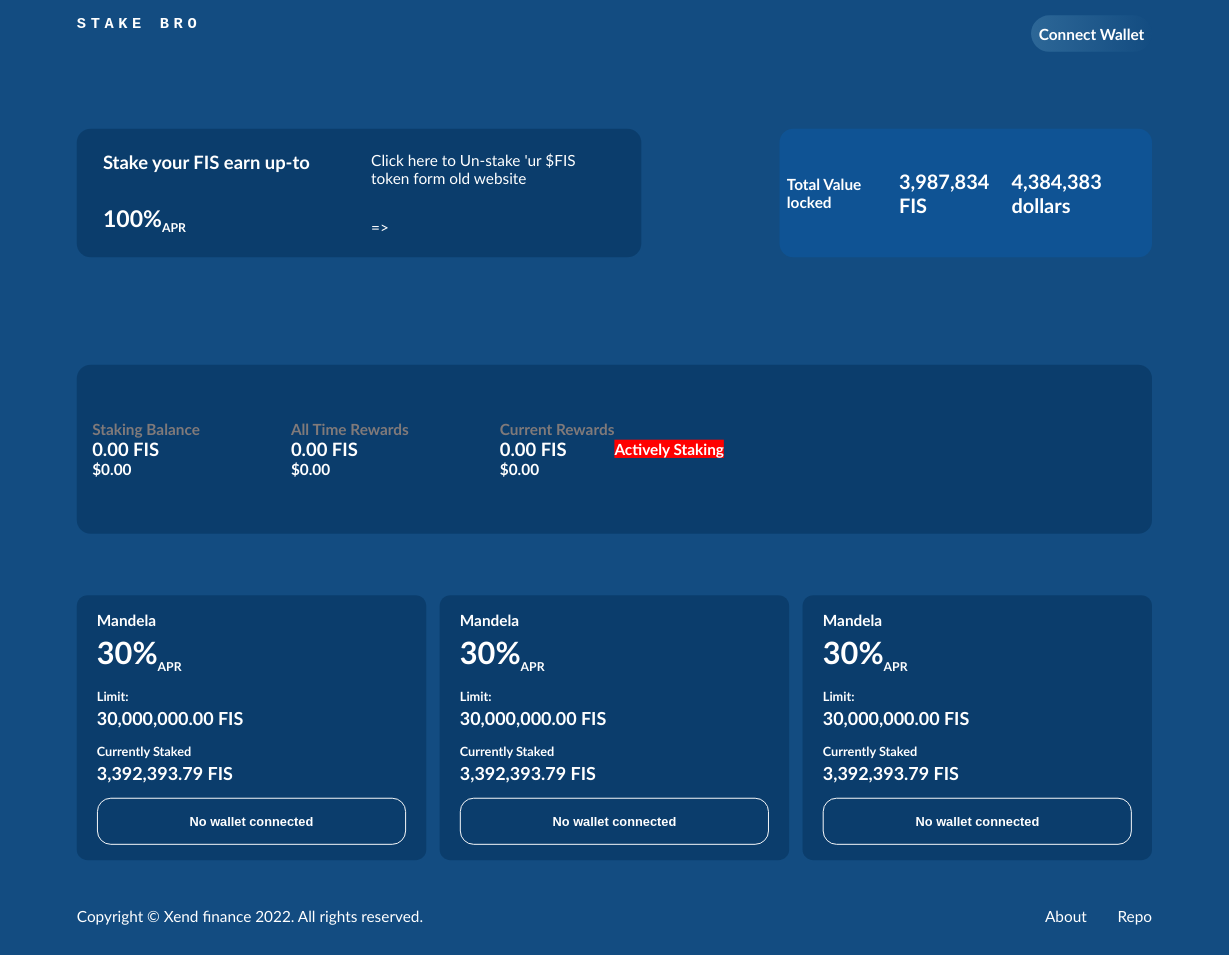
Repository: NorVirae/Stake
Page: /
These files come from the project's save history. The page is drawn as it stood at one moment and after the next save; the edit follows.
The browser window is 1280 px wide. The pictures show the whole page, at 96% of full size.
The project was rebuilt for these pictures with package versions that can differ from the ones it lists, and the page was loaded fresh each time.

Above is the page before, as saved 2022-04-18 02:38:21.

### src/App.tsx
import React, { useState } from 'react';
import AprCard from './components/cards/apr-card';
import './styles/app.css'

function App() {
  const [isWalletConnected, setIsWalletConnected] = useState(false)

  return (
    <div className="stake-container">
      <header>
        <nav>
            <a href='logo' className='logo'>Stake Bro</a>
            <ul>
              <li className='connect-wallet-btn'>Connect Wallet</li>
            </ul>
        </nav>
      </header>



      <main>
        <section className='info-global'>
          <div className='info-main'>
            <div className='inner-container-left'>
              <h1 className='earn-text'> Stake your FIS earn up-to</h1>
              <h1>100%<sub className='sub'>APR</sub></h1>

            </div>

            <div className='inner-container-right'>
              <p>Click here to Un-stake 'ur $FIS token form old website</p>
              <span>{"=>"}</span>
            </div>
          </div>

          <div className='public-stake-info'>
            <h3 className='total-locked'>Total Value locked</h3>
            <h1 className='total-locked-token'>3,987,834 FIS</h1>
            <h2 className='total-locked-dollars'>4,384,383 dollars</h2>

          </div>

        </section>

        <section className='connection-info'>
          {
          isWalletConnected?
          <>
            <div className='connection-info-text'>No Wallet connected</div>
            <div> Connect wallet to see your balance</div>
          </>
          :
          <>
          <div className='user-stake-info-container'>
            <div className='user-stake-info'>
              <h2 className='staking-balance'>Staking Balance</h2>
              <h1 className='token-balance-fis'>0.00 FIS</h1>
              <h2 className='token-balance-dollars'>$0.00</h2>
            </div>

            <div className='user-stake-info'>
              <h2 className='staking-balance'>All Time Rewards</h2>
              <h1 className='token-balance-fis'>0.00 FIS</h1>
              <h2 className='token-balance-dollars'>$0.00</h2>
            </div>

            <div className='user-stake-info'>
              <h2 className='staking-balance'>Current Rewards</h2>
              <h1 className='token-balance-fis'>0.00 FIS</h1>
              <h2 className='token-balance-dollars'>$0.00</h2>
            </div>

          </div>

          <div className='info-redirect'>
            <h1>Actively Staking </h1>
          </div>

          </>
          }
        </section>

        <section className='reward'>
          <AprCard/>
          <AprCard/>
          <AprCard/>
        </section>

      </main>

      <footer>
        <div className='copyright-info'>
          Copyright &copy; Xend finance 2022. All rights reserved.
        </div>
        <ul>
          <li>About</li>
          <li>Repo</li>

        </ul>
      </footer>

    </div>
  );
}

export default App;

### src/components/cards/apr-card.tsx
import React from "react";


const AprCard:React.FC = ()=>{
    return <div className='apr-card'>
                <div className='mandela-container'>
                    <h4 className="mandela">Mandela</h4>
                    <h1 className="apr-announce">30%<sub className="sub">APR</sub></h1>
                </div>


                <div className='limit-container'>
                    <h5>Limit:</h5>
                    <h3>30,000,000.00 FIS</h3>
                </div>

                <div className='current-container'>
                    <h5>Currently Staked</h5>
                    <h3>3,392,393.79 FIS</h3>
                </div>

                <button className="stake-button">No wallet connected</button>
        </div>
}

export default AprCard;

### src/styles/app.css
*{
    padding: 0;
    margin: 0;

}

::-webkit-scrollbar{
    background-color: #134C81;
    width: .4rem;
}

::-webkit-scrollbar-thumb{
    background-color: #0c5ba5;
}

img {
    width: 100%;
}

li {
    list-style-type: none;
}

body{
    background-color: #134C81;
    color: #ffff;
    font-family:'Trebuchet MS', 'Lucida Sans Unicode', 'Lucida Grande', 'Lucida Sans', Arial, sans-serif;
}
.stake-container {
    max-width: 70rem;
    margin:auto;
    display: flex;
    flex-direction: column;
    gap: 1rem;
}


nav {
    display:  flex;
    justify-content: space-between;
    padding: 1rem 0;
    position: sticky;
    top:0;
}

main {
    display: flex;
    flex-direction: column;
    gap:4rem;
}
.logo {
    text-decoration: none;
    font-family: 'Courier New', Courier, monospace;
    font-weight: 900;
    color: #ffff;
    letter-spacing: .3rem;
    text-transform: uppercase;
}

.connect-wallet-btn{
    padding: .6rem .5rem;
    background-image: linear-gradient(to right, #2d6797, #134C81  );
    font-weight: bold;
    border-radius: 3rem;
    transition: background-image .5s ease-in-out;
}

.connect-wallet-btn:hover{
    background-image: linear-gradient(to right, #134C81, #2d6797 );
    cursor: pointer;
    color: rgb(225, 225, 235);

}

.info-global{
    display: flex;
    justify-content: space-between;
    padding: 3rem 0;
    gap: 9rem;
}

.info-main{
    display: flex;
    background-color: #05315a88;
    border-radius: .9rem;
    padding: .5rem .9rem;

}

.inner-container-left, .inner-container-right{

    width: 100%;
    padding: .9rem .8rem;
    border-radius: .9rem;
    display: flex;
    flex-direction: column;
    gap:2rem
}



.earn-text {
    font-size: 1.2rem;
}

.sub{
    font-size: .8rem;
}

.public-stake-info {
    display: flex;
    justify-content: center;
    align-items: center;
    border-radius: .9rem;
    padding: .5rem;
    gap: .4rem;

    background-color: #0c5ba588;

}


.total-locked{
    font-size: 1rem;

}

.total-locked-token{
    font-size: 1.3rem;
}

.total-locked-dollars {
    font-size: 1.3rem;
}


.connection-info{
    display: flex;
    background-color: #05315a88;
    border-radius: .9rem;
    justify-content: center;
    align-items: center;
    height: 20vh;
    padding: 1rem 1rem;

}

.connection-info-text {
    font-size: 1.2rem;
    text-transform: uppercase;
}

.user-stake-info-container{
    display: flex;
    justify-content: space-between;
    width: 100%;
}

.staking-balance{
    font-size: 1rem;
    color: rgb(128, 122, 122);
}

.token-balance-fis{
    font-size: 1.2rem;
}

.token-balance-dollars{
    font-size: 1rem;
}

.info-redirect{
    width: 100%;
    height: 100%;
    display: flex;
    justify-content: flex-start;
    align-items: center;
}

.info-redirect h1 {
    background-color: red;
    font-size: 1rem;
}
.reward{
    display: flex;
    justify-content: space-between;
    gap: .9rem;
}

.apr-card{
    background-color: #05315a88;
    padding: 1rem 1.3rem;
    border-radius: .7rem;
    display: flex;
    flex-direction: column;
    justify-content: space-around;
    flex: 1;
    gap: .9rem;
}

.mandela-container{
    display: flex;
    flex-direction: column;
    justify-content: space-between;
    gap:.3rem;
}

.mandela{
    font-size: 1rem;

}

.apr-announce{
    font-size: 2rem;
}

.limit-container{
    display: flex;
    flex-direction: column;
    justify-content: space-between;
    gap:.3rem;
}

.current-container{
    display: flex;
    flex-direction: column;
    justify-content: space-between;
    gap:.3rem;
}

.stake-button{
    border-radius: .9rem;
    border: .1px solid white;
    background-color: transparent;
    padding: 1rem .6rem;
    color: #fff;
    font-weight: bold;
}

.stake-button:hover{
    cursor: pointer;
}

footer{
    display: flex;
    justify-content: space-between;
    padding: 2rem 0;

}
.copyright-info{
    display: flex;
}

footer ul{
    display: flex;
    gap: 2rem;
}

Loaded but not shown: public/index.html (common file); src/index.tsx (common file); src/reportWebVitals.ts (common file)

After the next save:
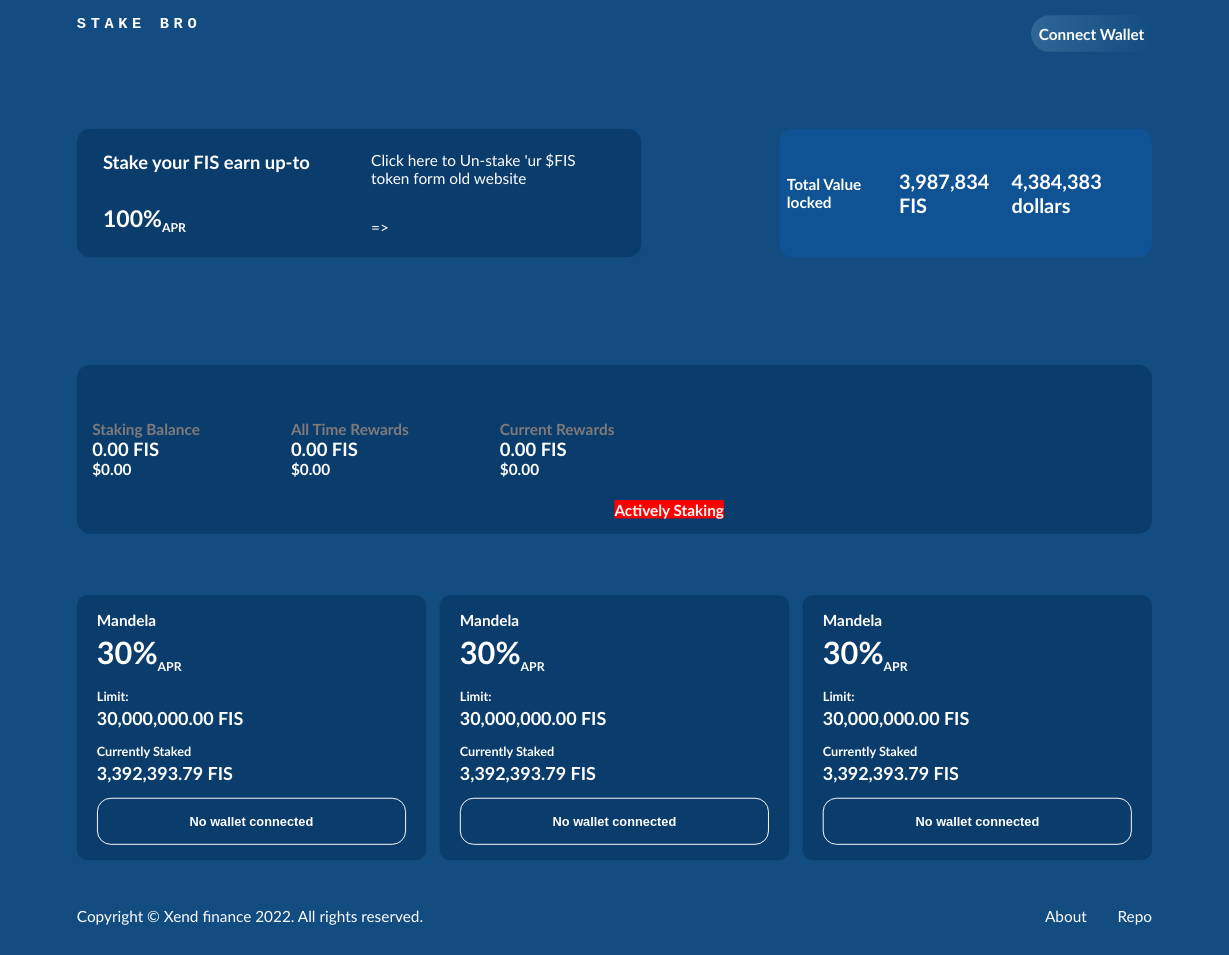
Saved 9 s later.
--- a/src/styles/app.css
+++ b/src/styles/app.css
@@ -174,7 +174,7 @@ main {
     height: 100%;
     display: flex;
     justify-content: flex-start;
-    align-items: center;
+    align-items: flex-end;
 }
 
 .info-redirect h1 {
